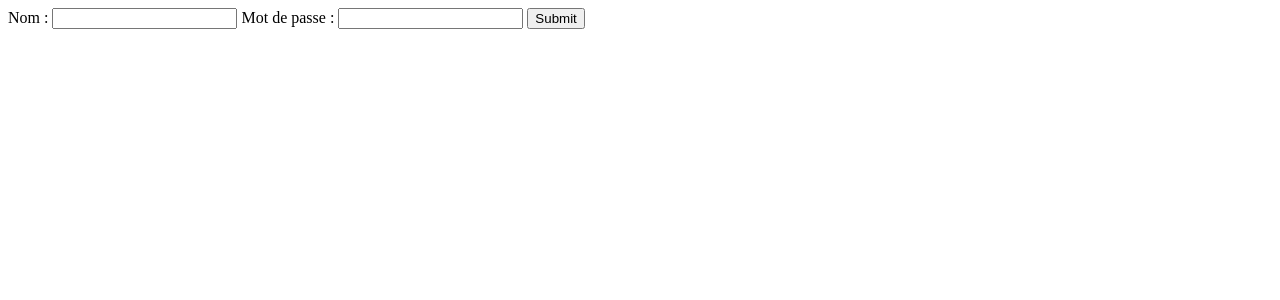
Repository: Kahefsay/javaEE
Page: http://localhost/ApsioTest/Login
The author's editor kept a copy of each file at every save. The page is drawn from the files as they stood at one save, then again after the next save.
The browser window is 1280 px wide. The pictures show the whole page.
The page is served by Tomcat 9. Other server files are loaded and not shown.

Above is the page before, as saved 2018-02-02 13:37:58.

### ApsioTest/WebContent/WEB-INF/login.jsp
<!DOCTYPE html PUBLIC "-//W3C//DTD HTML 4.01 Transitional//EN" "http://www.w3.org/TR/html4/loose.dtd">
<html>
<head>
<meta http-equiv="Content-Type" content="text/html; charset=UTF-8">
<title>Identification</title>
</head>
<body>


<c:if test="${ !empty pseudo }">
	Bonjour <c:out value="${pseudo }"/>
</c:if>

<form method="post" action="Login">
	<label for="nom">Nom : </label>
	<input type="text" name="pseudo" id="pseudo" value="${pseudo}"/>

	<label for="password">Mot de passe : </label>
	<input type="password" name="password" id="password" />
	<input type="submit"/>
</form>

</body>
</html>

### ApsioTest/src/com/formation/servlets/Login.java
package com.formation.servlets;

import java.io.IOException;
import javax.servlet.ServletException;
import javax.servlet.annotation.WebServlet;
import javax.servlet.http.HttpServlet;
import javax.servlet.http.HttpServletRequest;
import javax.servlet.http.HttpServletResponse;

@WebServlet("/Login")
public class Login extends HttpServlet {
	private static final long serialVersionUID = 1L;

	private final static String VUE = "/WEB-INF/login.jsp";


	protected void doGet(HttpServletRequest request, HttpServletResponse response) throws ServletException, IOException {
		request.getServletContext().getRequestDispatcher(VUE).forward(request, response);
	}

	protected void doPost(HttpServletRequest request, HttpServletResponse response) throws ServletException, IOException {

		String pseudo = request.getParameter("pseudo");
		request.setAttribute("pseudo", pseudo);

		request.getServletContext().getRequestDispatcher(VUE).forward(request, response);
	}

}

Loaded but not shown: ApsioTest/WebContent/WEB-INF/maTagLib.jsp (common file)

After the next save:
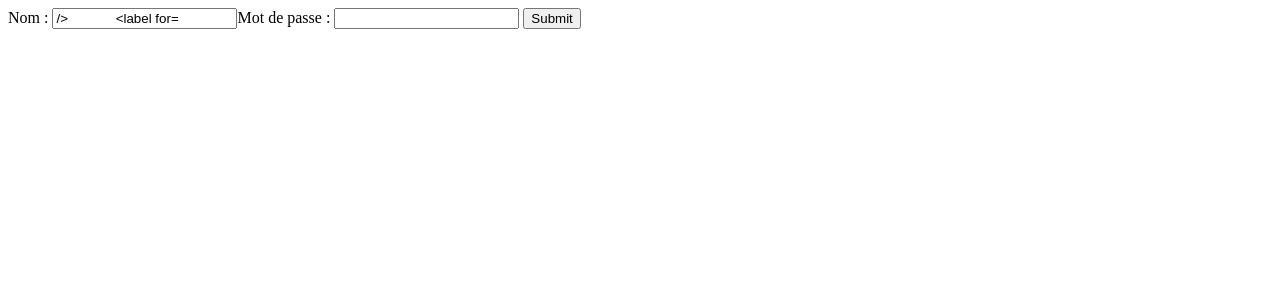
Saved 1 s later.
--- a/ApsioTest/WebContent/WEB-INF/login.jsp
+++ b/ApsioTest/WebContent/WEB-INF/login.jsp
@@ -13,7 +13,7 @@
 
 <form method="post" action="Login">
 	<label for="nom">Nom : </label>
-	<input type="text" name="pseudo" id="pseudo" value="${pseudo}"/>
+	<input type="text" name="pseudo" id="pseudo" value="<c:out value="${pseudo}"/>/>
 
 	<label for="password">Mot de passe : </label>
 	<input type="password" name="password" id="password" />
